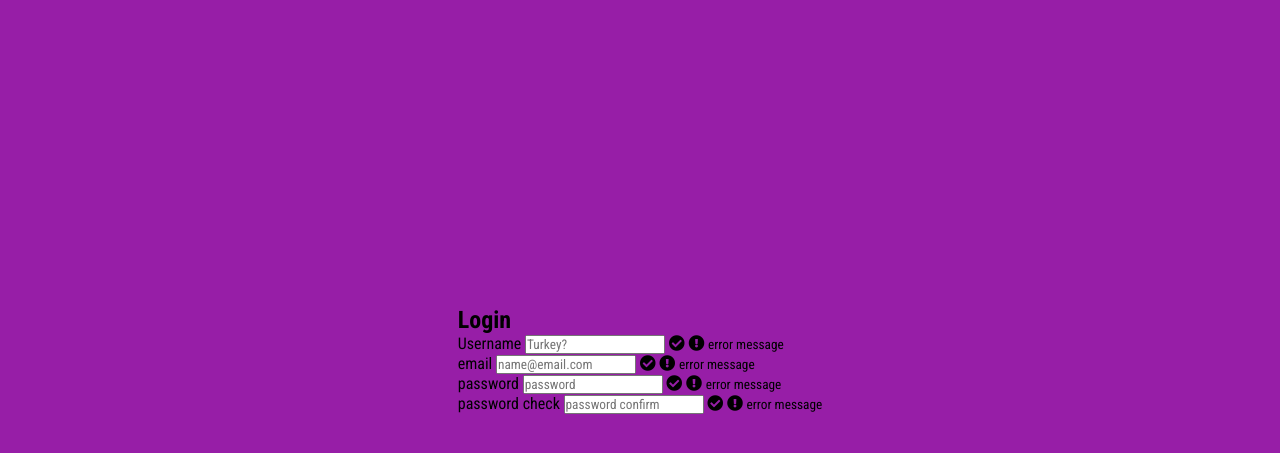
Repository: Abdoulrhman-altyeb/form-_validation-
Page: index.html
These files come from the project's save history. The page is drawn as it stood at one moment and after the next save; the edit follows.
The browser window is 1280 px wide. The pictures show the whole page.

Above is the page before, as saved 2021-05-23 20:43:40.

### index.html
<!DOCTYPE html>
<html lang="en">
<head>
    <meta charset="UTF-8">
    <meta http-equiv="X-UA-Compatible" content="IE=edge">
    <meta name="viewport" content="width=device-width, initial-scale=1.0">
    <link rel="stylesheet" href="style.css">
    <link rel="stylesheet" href="https://cdnjs.cloudflare.com/ajax/libs/font-awesome/5.15.3/css/all.min.css"
        integrity="sha512-iBBXm8fW90+nuLcSKlbmrPcLa0OT92xO1BIsZ+ywDWZCvqsWgccV3gFoRBv0z+8dLJgyAHIhR35VZc2oM/gI1w=="
        crossorigin="anonymous" referrerpolicy="no-referrer" />
    <script src="script.js" defer></script>
    <title>form validation</title>
</head>
<body>
    <div class="conatiner">
        <div class="header">
            <h2>Login</h2>
        </div>
        <form class="form">
            <div class="form-control">
                <label for="username">Username</label>
                <input type="text" placeholder="Turkey?" id="username">
                <i class="fa fa-check-circle"></i>
                <i class="fa fa-exclamation-circle"></i>
                <small>error message</small>
            </div>
            <div class="form-control">
                <label for="email">email</label>
                <input type="email" placeholder="name@email.com" id="email">
                <i class="fa fa-check-circle"></i>
                <i class="fa fa-exclamation-circle"></i>
                <small>error message</small>
            </div>
            <div class="form-control">
                <label for="password">password</label>
                <input type="password" placeholder="password" id="password">
                <i class="fa fa-check-circle"></i>
                <i class="fa fa-exclamation-circle"></i>
                <small>error message</small>
            </div>
            <div class="form-control">
                <label for="password2">password check</label>
                <input type="password" placeholder="password confirm" id="password2">
                <i class="fa fa-check-circle"></i>
                <i class="fa fa-exclamation-circle"></i>
                <small>error message</small>
            </div>
        </form>
    </div>
</body>
</html>

### style.css
@import url('https://fonts.googleapis.com/css2?family=Roboto+Condensed:wght@400;700&display=swap');
*{
    padding:0;
    margin:0;
    box-sizing:border-box;
    font-family: 'Roboto Condensed', sans-serif;
}
body{
    display: flex;
    justify-content: center;
    align-items: center;
    min-height:100vh;
    background:rgb(151, 30, 167)
}

Loaded but not shown: script.js (no copy from this time; the picture is the same without it)

After the next save:
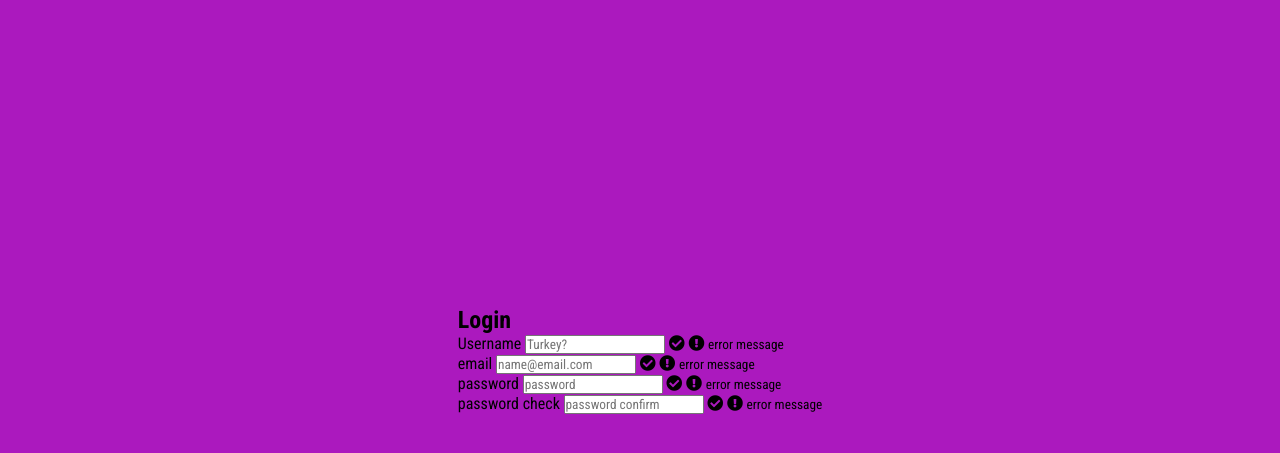
Saved 5 s later.
--- a/style.css
+++ b/style.css
@@ -10,5 +10,5 @@ body{
     justify-content: center;
     align-items: center;
     min-height:100vh;
-    background:rgb(151, 30, 167)
+    background:rgb(171, 25, 190)
 }
